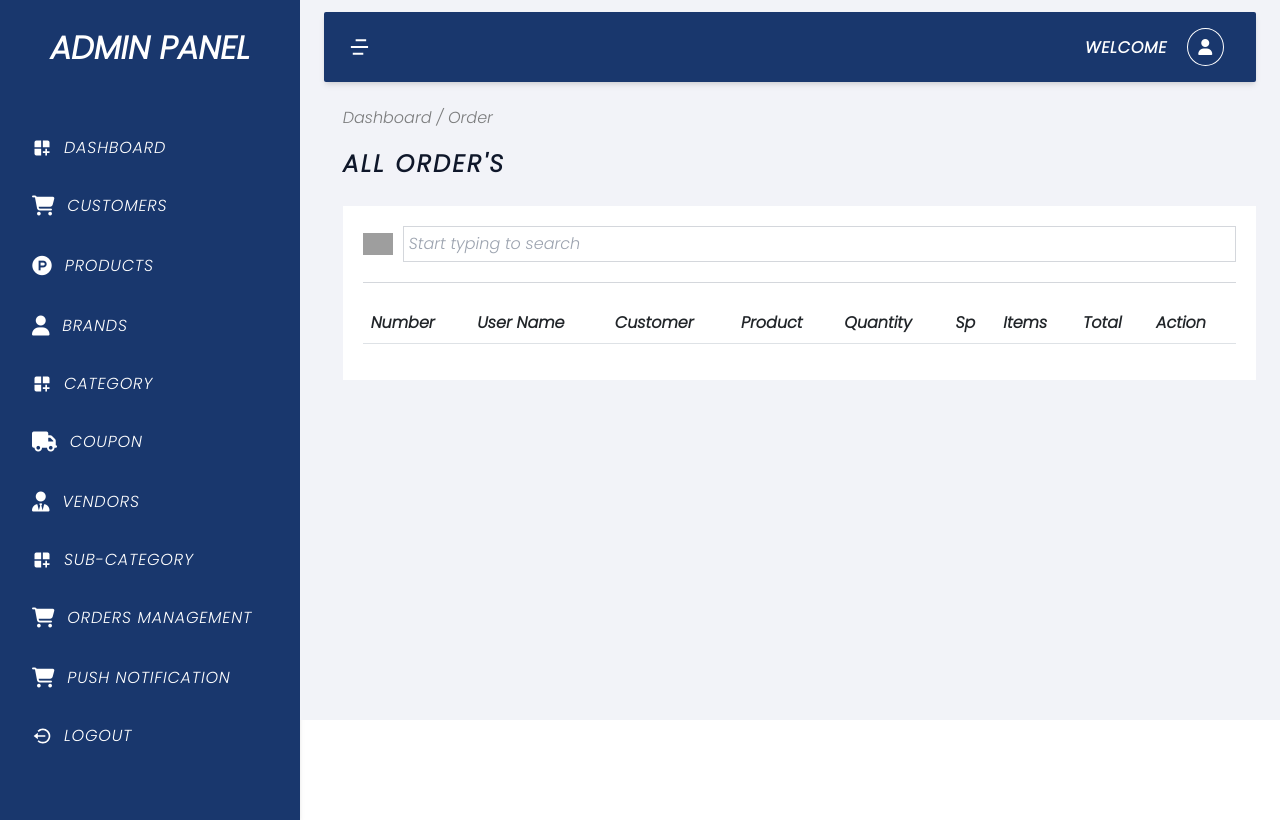
Repository: FlyweisReact/AnilAdminPanel
Page: /E-commerce/Admin/Orders
These files come from the project's save history. The page is drawn as it stood at one moment and after the next save; the edit follows.
The browser window is 1280 px wide. The pictures show the whole page.
Pictures or frames that could not be fetched are drawn as grey boxes. The page's requests for data from a server got no answer. Some web libraries are served in a nearby version. The project was rebuilt for these pictures with package versions that can differ from the ones it lists, and the page was loaded fresh each time. No one was signed in, and anything a server would have sent is missing. Also part of the build but not shown: src/E-CommerceAdmin/forms/Login.jsx, src/E-CommerceAdmin/pages/Dashboard.jsx, src/E-CommerceAdmin/pages/ECategory.js, src/E-CommerceAdmin/pages/EProduct.js, src/E-CommerceVendor/forms/EVendorLogin.jsx, src/E-CommerceAdmin/pages/EVendorList.js, src/E-CommerceAdmin/pages/EAdminProduct.js, src/E-CommerceAdmin/pages/EAdminDelivery.js and 5 more. Imported but missing from the stored project, and not drawn on this page: src/E-CommerceVendor/pages/EVCategory, src/E-CommerceVendor/pages/EVDashboard, src/E-CommerceVendor/pages/EVOrders, src/E-CommerceVendor/pages/EVProduct, src/E-CommerceVendor/pages/EVSubCategory.

Above is the page before, as saved 2023-05-03 16:18:58.

### public/index.html
<!-- @format -->

<!DOCTYPE html>
<html lang="en">
  <head>
    <meta charset="utf-8" />
    <meta name="viewport" content="width=device-width, initial-scale=1" />
    <meta name="theme-color" content="#000000" />
    <meta
      name="description"
      content="Web site created using create-react-app"
    />
    <link rel="apple-touch-icon" href="%PUBLIC_URL%/favicon.ico?v=2" />
    <link rel="manifest" href="%PUBLIC_URL%/manifest.json" />
    <link rel="preconnect" href="https://fonts.googleapis.com">
<link rel="preconnect" href="https://fonts.gstatic.com" crossorigin>
<link href="https://fonts.googleapis.com/css2?family=Roboto+Mono:ital,wght@1,300&display=swap" rel="stylesheet">
    <title>Anil Admin Panel</title>
  </head>
  <body>
    <noscript>You need to enable JavaScript to run this app.</noscript>
    <div id="root"></div>
    <script src="https://code.jquery.com/jquery-3.6.0.min.js"></script>
    <script src="https://kit.fontawesome.com/b533b351e4.js" crossorigin="anonymous"></script>
  </body>
</html>

### src/index.js
import React from "react";
import ReactDOM from "react-dom/client";
import "./index.css";
import App from "./App";
import { BrowserRouter } from "react-router-dom";
import 'bootstrap/dist/css/bootstrap.min.css'

const root = ReactDOM.createRoot(document.getElementById("root"));
root.render(
  <React.StrictMode>
    <BrowserRouter>
      <App />
    </BrowserRouter>
  </React.StrictMode>
);

### src/index.css
/** @format */

@tailwind base;
@tailwind components;
@tailwind utilities;
@import url("https://fonts.googleapis.com/css2?family=Roboto+Mono:ital,wght@1,300&display=swap");
@font-face {
  font-family: Roboto;
  src: url("./Fonts/Poppins-LightItalic.ttf");
}
body {
  margin: 0;
  font-family: Roboto !important;
  -webkit-font-smoothing: antialiased;
  -moz-osx-font-smoothing: grayscale;
}

code {
  font-family: Roboto !important;
}

html {
  font-family: Roboto !important;
}

::-webkit-scrollbar {
  width: 10px;
}
.fa-trash {
  color: red;
  cursor: pointer;
}

.iCOn {
  transition: 0.5s;
  box-shadow: none;
  transform: scale(1);
}
.cardDiv {
  cursor: pointer;
}

.cardDiv:hover .iCOn {
  box-shadow: rgba(0, 0, 0, 0.35) 0px 5px 15px;
  transform: scale(1.3);
}

/* Track */
::-webkit-scrollbar-track {
  background: #f1f1f1;
}

/* Handle */
::-webkit-scrollbar-thumb {
  background: #888;
}

/* Handle on hover */
::-webkit-scrollbar-thumb:hover {
  background: #555;
}
.profileImage {
  width: 100px;
}
.fa-eye {
  color: #029aff;
  cursor: pointer;
}
.fa-edit {
  cursor: pointer;
  color: blue;
}

.View {
  border: 1px solid black;
  width: 100%;
  padding: 10px;
}

.main-card--container {
  display: grid;
  grid-template-columns: repeat(3, minmax(300px, 500px));
  grid-gap: 50px;
  justify-content: space-around;
}
.card-container {
  margin: 25px 0 auto;
  box-shadow: rgba(0, 0, 0, 0.35) 0px 5px 15px;
  position: relative;
  display: grid;
  grid-template-columns: 1fr;
  justify-content: space-around;
  align-items: flex-start;
}

.myEdit:focus {
  box-shadow: rgba(0, 0, 0, 0.35) 0px 5px 15px;
}

.AstroLogin {
  color: #fff;
  background-color: #2b7a8e;
  padding: 10px;
  width: 380px;
  text-align: center;
  font-size: 20px;
  background: linear-gradient(to left, #2b7a8e 50%, #fff 50%) right;
  background-size: 200%;
  transition: 0.5s ease-out;
  border: 1px solid #2b7a8e;
  margin-top: 10px;
  text-transform: uppercase;
}
.AstroLogin:hover {
  background-position: left;
  color: #2b7a8e;
}

.EcommerceAdminLogin {
  color: #fff;
  background-color: #19376d;
  padding: 10px;
  width: 380px;
  text-align: center;
  font-size: 20px;
  background: linear-gradient(to left, #19376d 50%, #fff 50%) right;
  background-size: 200%;
  transition: 0.5s ease-out;
  border: 1px solid #19376d;
  margin-top: 10px;
  text-transform: uppercase;
}

.EcommerceAdminLogin:hover {
  background-position: left;
  color: #19376d;
}
.EcommerceVendorLogin {
  color: #fff;
  background-color: #576cbc;
  padding: 10px;
  width: 380px;
  text-align: center;
  font-size: 20px;
  background: linear-gradient(to left, #576cbc 50%, #fff 50%) right;
  background-size: 200%;
  transition: 0.5s ease-out;
  border: 1px solid #576cbc;
  margin-top: 10px;
  text-transform: uppercase;
}

.EcommerceVendorLogin:hover {
  background-position: left;
  color: #576cbc;
}

.view {
  background-color: #2196f3;
  color: #fff;
  width: 50%;
  padding: 5px;
}

.two-sec {
  display: flex;
  justify-content: space-evenly;
  justify-content: space-evenly;
}
.two-sec .left {
  width: 60%;
  background-color: #f6f1ef;
  padding: 20px;
}
.two-sec .left .head {
  font-size: 25px;
  font-weight: bold;
}

.two-sec .right {
  width: 30%;
  background-color: #f6f1ef;
}

.searchDiv {
  width: 100%;
  display: flex;
  gap: 10px;
  border: 1px solid rgb(179, 179, 179);
  padding: 10px;
  margin-bottom: 20px;
  align-items: center;
}
.searchDiv input {
  width: 94%;
  outline: none;
  border: none;
}

.flexCont {
  display: flex;
  align-items: center;
  gap: 10px;
}
.flexCont img {
  width: 60px;
  background-color: #e9ecef;
}

.blockContent {
  display: block;
}
.blockContent p {
  margin: 0;
}

.checkBox {
  width: 50px;
  height: 25px;
  background-color: #e9ecef;
  border-radius: 50px;
  position: relative;
  cursor: pointer;
}
.checkBox span {
  width: 20px;
  height: 20px;
  border-radius: 100%;
  background-color: #fff;
  position: absolute;
  left: 5px;
  top: 2px;
}
.ActivecheckBox {
  width: 50px;
  height: 25px;
  background-color: #0d6efd;
  border-radius: 50px;
  position: relative;
  cursor: pointer;
}
.ActivecheckBox span {
  width: 20px;
  height: 20px;
  border-radius: 100%;
  background-color: #fff;
  position: absolute;
  right: 5px;
  top: 2px;
}

.fa-eye {
  color: #0cba73;
  background-color: #d6f8e8;
  width: 40px;
  text-align: center;
  height: 40px;
  display: flex;
  border-radius: 100%;
  justify-content: center;
  padding-top: 10px;
  transition: 0.5s;
}

.fa-pen-to-square {
  color: #f4c39c;
  background-color: #ffebdb;
  width: 40px;
  text-align: center;
  height: 40px;
  display: flex;
  border-radius: 100%;
  justify-content: center;
  padding-top: 10px;
  cursor: pointer;
  transition: 0.5s;
}
.fa-trash {
  color: #df939f;
  background-color: #ffe1e8;
  width: 40px;
  text-align: center;
  height: 40px;
  display: flex;
  border-radius: 100%;
  justify-content: center;
  padding-top: 10px;
  cursor: pointer;
  transition: 0.5s;
}
.fa-trash:hover {
  transform: scale(1.2);
}
.fa-eye:hover {
  transform: scale(1.2);
}
.fa-pen-to-square:hover {
  transform: scale(1.2);
}
.required {
  color: #e74260;
}

.headP {
  margin-left: 2%;
  color: #7b7c7d;
}
.filterBox {
  display: flex;
  align-items: center;
  gap: 10px;
  border-bottom: 1px solid #d4d7dc;
  padding-bottom: 20px;
  margin-bottom: 20px;
}
.filterBox img {
  width: 30px;
}
.filterBox input {
  width: 100%;
  border: 1px solid #d4d7dc;
  outline: none;
  padding: 5px;
  color: black;
}
.sectionCont {
  width: 98%;
  background-color: #fff;
  margin-left: 2%;
  padding: 20px;
}

.overFlowCont {
  width: 100%;
  overflow-x: auto;
}

.UserProfile {
  border: 1px solid #fff;
  padding: 10px;
  border-radius: 100%;
  transition: 0.5s;
  margin-left: 20px;
  cursor: pointer;
}

.UserProfile:hover {
  background-color: #fff;
  color: #000;
}

.submitBtn{
  border-radius: 0 !important;
  background-color: #19376d !important  ;

}

.pagination{
display: flex;
justify-content: center;
align-items: center;
gap: 10px;
margin-bottom: 20px;
}
.pagination button{
  border: 1px solid black;
  /* height: 50px;
  width: 50px; */
  padding: 10px;
}

.active{
  background-color: #029aff;
  color: #fff;
  border: 1px solid #029aff  !important;
}

### src/E-CommerceAdmin/pages/EAdminOrders.js
/** @format */

import axios from "axios";
import React, { useEffect, useState } from "react";
import { Badge, Button, Form, Modal, Table } from "react-bootstrap";
import HOC from "../layout/HOC";

const EAdminOrders = () => {
  const [modalShow, setModalShow] = useState(false);
  const [data, setData] = useState([]);

  const fetchData = async () => {
    try {
      const { data } = await axios.get(
        " https://xw9mf13nwl.execute-api.ap-south-1.amazonaws.com/dev/api/v1/orders"
      );
      setData(data);
    } catch (e) {
      console.log(e);
    }
  };

  useEffect(() => {
    fetchData();
  }, []);

  function EditStatus(props) {
    return (
      <Modal
        {...props}
        size="lg"
        aria-labelledby="contained-modal-title-vcenter"
        centered
      >
        <Modal.Header closeButton>
          <Modal.Title id="contained-modal-title-vcenter">
            Edit Status
          </Modal.Title>
        </Modal.Header>
        <Modal.Body>
          <Form>
            <Form.Select aria-label="Default select example" className="mb-3">
              <option>--Edit Status--</option>
              <option value="1">Shipped</option>
              <option value="2">Pending</option>
              <option value="3">Canceled</option>
            </Form.Select>
            <Button variant="outline-success">Submit</Button>
          </Form>
        </Modal.Body>
      </Modal>
    );
  }

  return (
    <>
      <EditStatus show={modalShow} onHide={() => setModalShow(false)} />
      <section>
        <p className="headP">Dashboard / Order</p>

        <div
          className="pb-4 sticky top-0  w-full flex justify-between items-center"
          style={{ width: "98%", marginLeft: "2%" }}
        >
          <span
            className="tracking-widest text-slate-900 font-semibold uppercase"
            style={{ fontSize: "1.5rem" }}
          >
            All Order's
          </span>
        </div>
        <section className="sectionCont">
          <div className="filterBox">
            <img
              src="https://t4.ftcdn.net/jpg/01/41/97/61/360_F_141976137_kQrdYIvfn3e0RT1EWbZOmQciOKLMgCwG.jpg"
              alt=""
            />
            <input type="search" placeholder="Start typing to search" />
          </div>

          <div className="overFlowCont">
            <Table>
              <thead>
                <tr>
                  <th>Number</th>
                  <th>User Name</th>
                  <th>Customer</th>
                  <th>Product</th>
                  <th>Quantity</th>
                  <th>Sp</th>
                  <th>Items</th>
                  <th>Total</th>
                  <th>Action</th>
                </tr>
              </thead>
              <tbody>
                {data?.data?.map((i, index) => (
                  <tr key={index}>
                    <td> #{index + 1} </td>
                    <td> {i.userId?.name} </td>
                    <td>
                      {" "}
                      {i.items?.map((item , index) => (
                        <ul key={index}>
                          <li> {item.product?.name}  </li>
                        </ul>
                      ))}{" "}
                    </td>
                    <td>
                      {" "}
                      {i.items?.map((item , index) => (
                        <ul key={index}>
                          <li> {item.quantity}  </li>
                        </ul>
                      ))}{" "}
                    </td>
                    <td> {i.shippingAddress} </td>
                    <td> {i.paymentMethod} </td>
                    <td> {i.taxPrice} </td>
                    <td> {i.shippingPrice} </td>
                    <td> {i.isPaid=== false ? <Badge bg='danger'>Not Paid</Badge> : <Badge bg='success' >Paid</Badge>} </td>
                    <td> {i.isDelivered === false ? <Badge bg='danger'>Not Paid</Badge> : <Badge bg='success' >Paid</Badge> } </td>
                    <td> {i.createdAt  } </td>
                    <td>
                      <span className="d-flex gap-2">
                        <i className="fa-solid fa-trash"></i>
                        <i
                          class="fa-solid fa-pen-to-square"
                          onClick={() => {
                            setModalShow(true);
                          }}
                        ></i>
                      </span>
                    </td>
                  </tr>
                ))}
              </tbody>
            </Table>
          </div>
        </section>
      </section>
    </>
  );
};

export default HOC(EAdminOrders);

### src/E-CommerceAdmin/layout/HOC.jsx
/** @format */

import React, { useState } from "react";
import Navbar from "./Navbar";
import Sidebar from "./Sidebar";

const HOC = (Wcomponenet) => {
  return function Component() {
    const [hamb, setHamb] = useState(false);
    return (
      <>
        <section className="flex overflow-x-hidden relative ">
          {/* Sidebar */}
          <div
            className={
              hamb
                ? " absolute top-0 z-30 md:w-auto shadow-md bg-slate-200  w-60 transition-all md:-left-full left duration-150  h-auto overflow-y-auto  left-0 "
                : " md:w-72 z-30 bg-slate-200  shadow-md  md:static absolute top-0 -left-full   transition-all duration-150  overflow-y-auto h-auto"
            }
            style={{ minWidth: "300px" }}
          >
            <Sidebar hamb={hamb} setHamb={setHamb} />
          </div>
          {/* Components & Navbar */}
          <div
            className={
              hamb
                ? " transition-all px-4 py-2  duration-150 w-full h-screen"
                : " w-full h-screen  px-4 py-2   z-50 transition-all duration-150 "
            }
            style={{backgroundColor : '#f2f3f8'}}
          >
            <Navbar hamb={hamb} setHamb={setHamb} />
            <div className="my-6 text-#000 h-[87%] wcomp overflow-y-auto">
              {" "}
              <Wcomponenet />
            </div>
          </div>
        </section>
      </>
    );
  };
};

export default HOC;

### src/E-CommerceAdmin/layout/Navbar.jsx
/** @format */

import { useState } from "react";
import { RiMenu4Line } from "react-icons/ri";
import { ProfileUpdate } from "../Modals/Modals";

const Navbar = ({ hamb, setHamb }) => {
  const [openProfile, setOpenProfile] = useState(false);

  return (
    <>
      <ProfileUpdate show={openProfile} onHide={() => setOpenProfile(false)} />

      <div
        className={
          hamb
            ? "flex  w-full justify-between  my-1 rounded-sm  p-4 py-3 shadow-md items-center  bg-slate-200 space-x-4"
            : "flex  w-full justify-between my-1 rounded-sm  p-4 py-3 shadow-md items-center  bg-slate-200 space-x-4"
        }
        style={{ backgroundColor: "#19376d" }}
      >
        <RiMenu4Line
          onClick={() => setHamb(!hamb)}
          className="text-2xl font-bold text-gray-900 hover:scale-90 cursor-pointer"
          style={{ color: "#fff" }}
        />

        <section className="flex sm:ml-auto justify-end sm:w-full items-center space-x-2  pr-2">
          <figcaption className="tracking-wider pl-1 font-semibold">
            <div
              className="lg:text-base text-sm text-gray-900  uppercase"
              style={{ color: "#fff" }}
            >
              Welcome
              <i
                className="fa-solid fa-user UserProfile"
                onClick={() => setOpenProfile(!openProfile)}
              ></i>
            </div>
          </figcaption>
        </section>
      </div>
    </>
  );
};

export default Navbar;

### src/E-CommerceAdmin/layout/Sidebar.jsx
/** @format */

import React from "react";
import { RiCloseLine } from "react-icons/ri";
import { Link, useNavigate } from "react-router-dom";
import { BiLogOutCircle } from "react-icons/bi";
import { MdDashboardCustomize } from "react-icons/md";

const Sidebar = ({ hamb, setHamb }) => {
  const navigate = useNavigate();

  const nav = [
    {
      icon: <MdDashboardCustomize className="text-xl mr-3 rounded-full " />,
      link: "/E-Commerce/dashboard",
      name: "Dashboard",
    },

    {
      icon: (
        <i className="fa-solid fa-cart-shopping text-xl mr-3 rounded-full"></i>
      ),
      link: "/Customer",
      name: "Customers",
    },

    {
      icon: (
        <i className="fa-brands fa-product-hunt text-xl mr-3 rounded-full"></i>
      ),
      link: "/E-Commerce/Product",
      name: "Products",
    },

    {
      icon: <i class="fa-solid fa-user text-xl mr-3 rounded-full"></i>,
      link: "/E-Commerce/Admin",
      name: "Brands",
    },
    {
      icon: <MdDashboardCustomize className="text-xl mr-3 rounded-full " />,
      link: "/E-Commerce/Category",
      name: "Category",
    },
    {
      icon: <i class="fa-solid fa-truck  text-xl mr-3 rounded-full"></i>,
      link: "/E-Commerce/Admin/Delivery",
      name: "Coupon",
    },

    {
      icon: <i class="fa-solid fa-user-tie text-xl mr-3 rounded-full"></i>,
      link: "/E-Commerce/VendorList",
      name: "Vendors",
    },




    {
      icon: <MdDashboardCustomize className="text-xl mr-3 rounded-full " />,
      link: "/E-Commerce/Admin/subCat",
      name: "Sub-Category",
    },

    {
      icon: (
        <i className="fa-solid fa-cart-shopping text-xl mr-3 rounded-full"></i>
      ),
      link: "/E-commerce/Admin/Orders",
      name: "Orders Management",
    },

    {
      icon: (
        <i className="fa-solid fa-cart-shopping text-xl mr-3 rounded-full"></i>
      ),
      link: "/notification",
      name: "Push Notification",
    },
  ];

  const logOut = () => {
    navigate("/");
  };

  return (
    <>
      <aside
        className="p-4 h-auto"
        style={{ backgroundColor: "#19376d", minHeight: "100vh" }}
      >
        {/* Top */}
        <div className="w-full md:hidden relative  p-2 mb-4">
          <RiCloseLine
            onClick={() => setHamb(!hamb)}
            className="text-3xl  absolute top-2 sm:hover:rotate-[228deg] transition-transform font-bold right-2 sm:hover:text-[22px] text-[rgb(241,146,46)] cursor-pointer"
          />
        </div>{" "}
        <figure className="flex  flex-col items-center">
          <span
            className="font-bold text-[#fff]"
            style={{
              fontSize: "2rem",
              textAlign: "center",
              textTransform: "uppercase",
            }}
          >
             ADMIN PANEL
          </span>
        </figure>
        <nav className="py-6">
          {nav.map((nav) => {
            return (
              <Link
                to={nav.link}
                key={nav.name}
                className=""
                style={{ textDecoration: "none", textTransform: "uppercase" }}
              >
                <span
                  className="flex my-3 items-center cursor-pointer text-gray-900    tracking-wider p-2 rounded-sm"
                  style={{ color: "#FFF" }}
                >
                  {nav.icon} {nav.name}
                </span>
              </Link>
            );
          })}
          <span
            className="flex my-3 items-center cursor-pointer text-gray-900    tracking-wider p-2 rounded-sm"
            onClick={() => logOut()}
            style={{ color: "#FFF", textTransform: "uppercase" }}
          >
            <BiLogOutCircle className="text-xl mr-3 rounded-full " /> LogOut
          </span>
        </nav>
      </aside>
    </>
  );
};

export default Sidebar;

### src/E-CommerceAdmin/Modals/Modals.js
/** @format */

import { Button, Form, Modal } from "react-bootstrap";

export function ProfileUpdate(props) {
  return (
    <Modal
      {...props}
      size="lg"
      aria-labelledby="contained-modal-title-vcenter"
      centered
    >
      <Modal.Header closeButton>
        <Modal.Title id="contained-modal-title-vcenter">
          Update Profile
        </Modal.Title>
      </Modal.Header>
      <Modal.Body>
        <Form>
          <Form.Group className="mb-3">
            <Form.Label>Name</Form.Label>
            <Form.Control type="text" />
          </Form.Group>
          <Form.Group className="mb-3">
            <Form.Label>Email</Form.Label>
            <Form.Control type="email" />
          </Form.Group>
          <Form.Group className="mb-3">
            <Form.Label>Phone Number</Form.Label>
            <Form.Control type="tel" pattern="[0-9]{10}" />
          </Form.Group>
          <Form.Group className="mb-3">
            <Form.Label>Password</Form.Label>
            <Form.Control type="password" />
          </Form.Group>
          <Button className="submitBtn" >Submit</Button>
        </Form>
      </Modal.Body>
      <Modal.Footer></Modal.Footer>
    </Modal>
  );
}

Loaded but not shown: tailwind.config.js (common file); src/App.js (66 lines, source omitted)

After the next save:
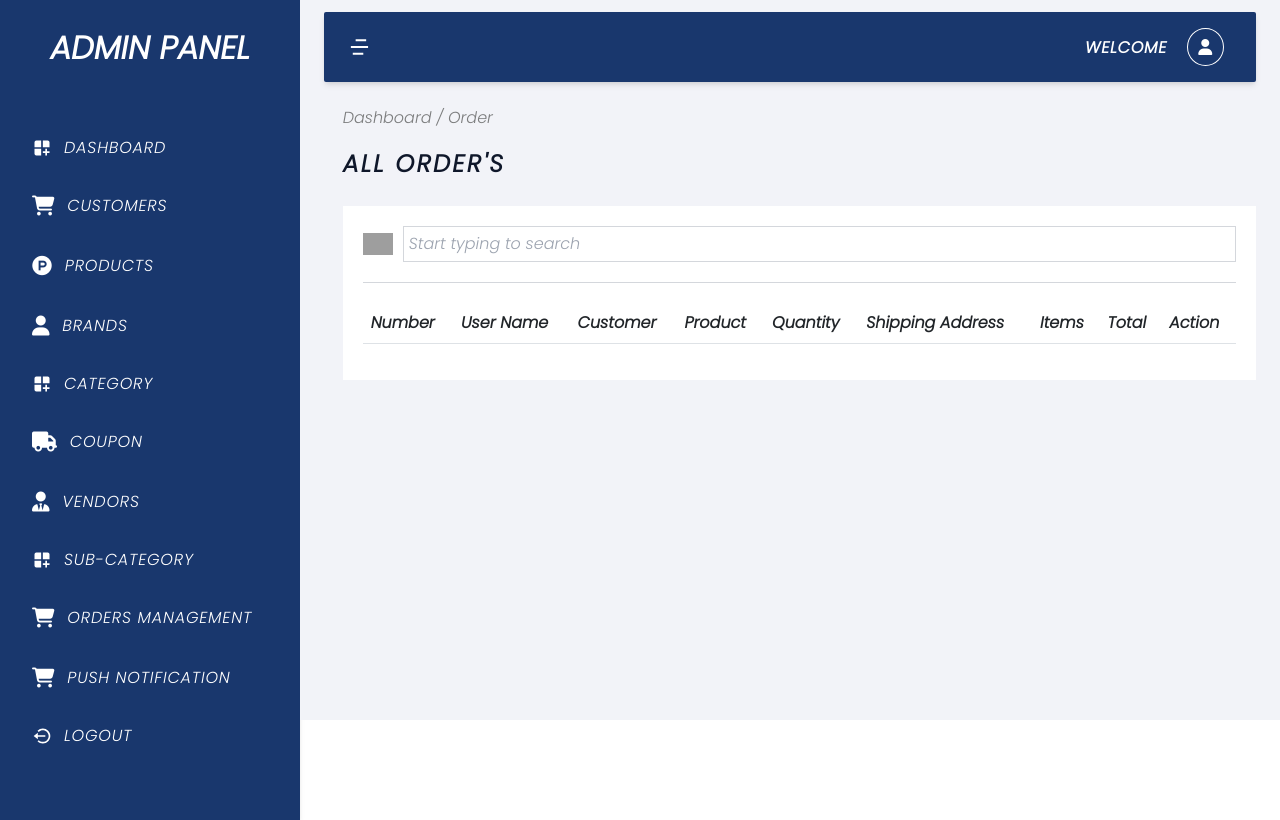
Saved 5 s later.
--- a/src/E-CommerceAdmin/pages/EAdminOrders.js
+++ b/src/E-CommerceAdmin/pages/EAdminOrders.js
@@ -87,7 +87,7 @@ const EAdminOrders = () => {
                   <th>Customer</th>
                   <th>Product</th>
                   <th>Quantity</th>
-                  <th>Sp</th>
+                  <th>Shipping Address</th>
                   <th>Items</th>
                   <th>Total</th>
                   <th>Action</th>
